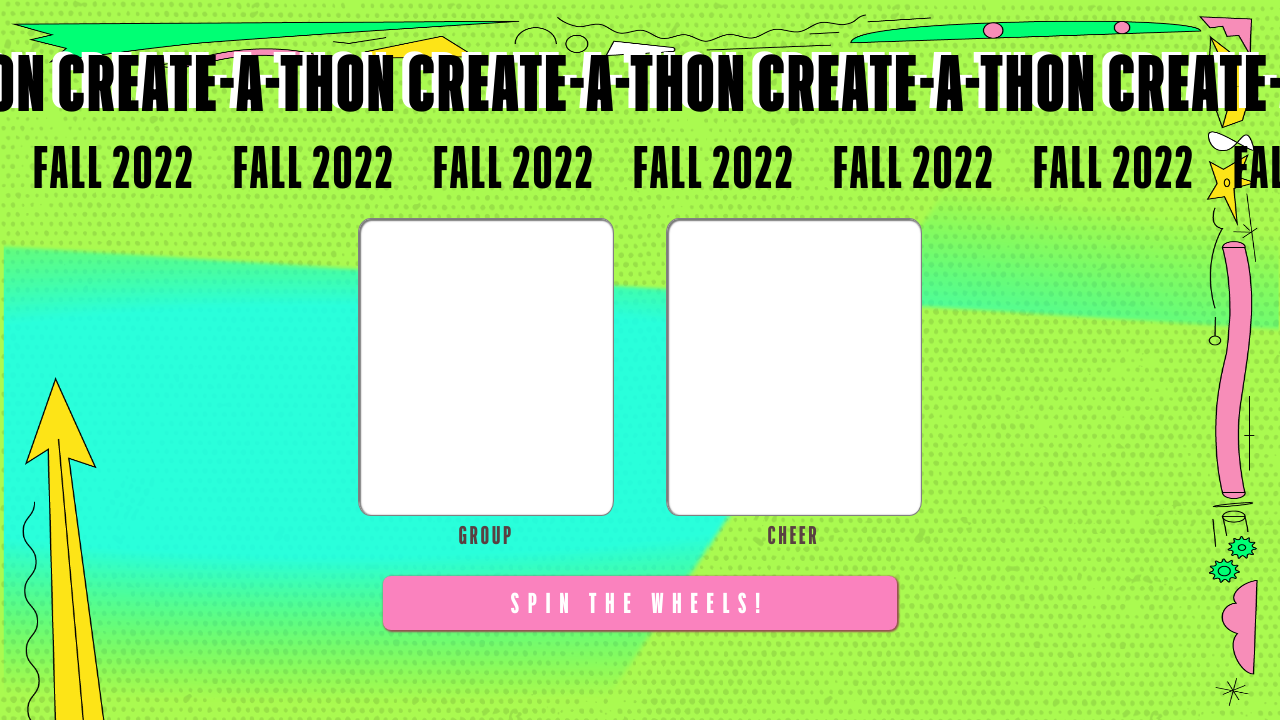
Repository: fakebrianho/IMA-Low-Res-Create-Athon-2022
Page: docs/presentation-order/index.html
The author's editor kept a copy of each file at every save. The page is drawn from the files as they stood at one save, then again after a run of saves.
The browser window is 1280 px wide. The pictures show the whole page.

Above is the page before, as saved 2022-10-28 22:24:12.
Not found: docs/presentation-order/libraries/p5.dom.js
Not found: docs/presentation-order/libraries/p5.js
Not found: docs/presentation-order/libraries/p5.sound.js

### docs/presentation-order/index.html
<!DOCTYPE html>
<html>

<head>
  <script src="libraries/p5.js"></script>
  <script src="libraries/p5.dom.js"></script>
  <script src="libraries/p5.sound.js"></script>
  <link
    href="https://fonts.googleapis.com/css2?family=Open+Sans:ital,wght@0,300;0,400;0,600;0,700;0,800;1,300;1,400;1,600;1,700;1,800&display=swap"
    rel="stylesheet">
  <link rel="stylesheet" type="text/css" href="style.css">
  <meta charset="utf-8">
  <title>Create-Athon Presentation Order</title>
</head>

<body>
  <header>

  </header>

  <section>

    <div id="wheel-container">
      <div class="fakeHeader">
        <h1 style="opacity: 0"><span>Create-a-Thon</span></h1>
        <h2 style="opacity: 0"><span>Fall 2022</span></h2>
      </div>
      <div class="prompt" id="input-prompt">
        <div class="changing-segment">
          <div id="inputs">
          </div>
        </div>
        <div class="prompt-label" id="input-label">Group</div>
      </div>

      <div class="prompt" id="output-prompt">
        <div class="changing-segment">
          <div id="outputs">
          </div>
        </div>
        <div class="prompt-label" id="output-label">Cheer</div>
      </div>

    </div>

    <div id="button-container">
      <button> Spin the wheels! </button>
    </div>

  </section>

  <footer>

  </footer>
  <script src='gsap.min.js'></script>
  <script src='index.js'></script>
  <script src="sketch.js"></script>
  <script src="wheel.js"></script>

</body>

</html>

### docs/presentation-order/style.css
@font-face {
	src: url('font/BildVariableV3-VF.woff2') format('woff2-variations'),
		url('font/BildVariableV3-VF.woff') format('woff');
	font-family: 'Bild Variable V3 Web';
	font-weight: 700 900;
	font-style: normal;
}

html,
body {
	margin: 0;
	padding: 0;
	width: 100%;
	height: 100%;
	box-sizing: border-box;
	font-family: 'Open Sans', sans-serif;
	font-family: 'Bild Variable V3 Web';
	font-weight: 700;
	hyphens: true;
	font-synthesis: none;
	margin: 0;
	text-transform: uppercase;
	font-variation-settings: 'wdth' 100;
	letter-spacing: 3px;
}

section {
	width: 100%;
	height: 100%;
	position: absolute;
	background: url(image/bg_border-top.png), url(image/bg_border-bottom.png),
		url(image/bg_gradient.png), url(image/bg_texture.png), #aafa50;
	background-repeat: no-repeat, no-repeat, no-repeat, repeat;
	background-size: auto 70vh, auto 50vh, 100vw 120vh, 800px auto;
	background-position: right top, left 50vh, left 25vh, 0 0;
	/* background-image: url('image/bg.png'); */
	background-size: 100% 100%;
}

h1 {
	font-family: 'Bild Variable V3 Web';
	font-size: 80px;
	font-weight: 900;
	hyphens: true;
	font-synthesis: none;
	text-transform: uppercase;
	text-shadow: -7px -3px #ffffff;
	margin: 0;
	font-variation-settings: 'wdth' 60;
}

h2 {
	font-family: 'Bild Variable V3 Web';
	font-size: 60px;
	font-weight: 700;
	hyphens: true;
	font-synthesis: none;
	margin: 0;
	text-transform: uppercase;
	font-variation-settings: 'wdth' 100;
}

footer {
	position: fixed;
	bottom: 4vh;
	width: 100vw;
	text-align: center;
}

.fakeHeader {
	position: fixed;
	top: 35px;
	left: 0;
	overflow: hidden;
	width: 100%;
	font-size: 16px;
	font-weight: 800;
	z-index: 0;
}

.fakeHeader h1,
.fakeHeader h2 {
	display: flex;
}

h1 span,
h2 span {
	width: 350px;
	display: inline-block;
	flex: 0 0 auto;
	/* opacity: 0; */
}

h2 span {
	width: 200px;
}

p {
	position: relative;
	overflow: hidden;
	overflow-x: auto;
}

#wheel-container {
	display: flex;
	justify-content: center;
	margin-top: 15%;
	overflow: hidden;
}

.prompt {
	display: flex;
	flex-direction: column;
	width: 20%;
	padding: 2%;
	text-align: center;
	overflow: hidden;
}

.changing-segment {
	box-shadow: 1px 1px 1.5px 1px #777 inset;
	border-radius: 5%;
	border-style: groove;
	border-color: gray;
	border-width: 1px;
	position: relative;
	overflow: none;
	background-color: #fff;
	color: black;
	height: 17rem;
	padding: 1rem 0 0.5rem 0;
	font-size: 1.2rem;
	line-height: 1.55rem;
}

#inputs,
#outputs {
	padding: 5%;
}

.prompt-label {
	color: #594042;
	margin-top: 0.3rem;
	font-size: 1.6rem;
}

#button-container {
	margin-top: 0%;
	text-align: center;
}

button {
	background: #fa82be;
	cursor: pointer;
	box-shadow: 1px 1px 2px 1px rgb(148, 79, 79);
	color: white;
	border-width: 0px;
	border-radius: 0.5rem;
	padding: 0.8% 10% 0.8% 10%;
	font-size: 1.8rem;
	font-weight: 200;
	font-family: 'Open Sans', sans-serif;
	font-family: 'Bild Variable V3 Web';
	font-weight: 700;
	hyphens: true;
	font-synthesis: none;
	margin: 0;
	text-transform: uppercase;
	font-variation-settings: 'wdth' 100;
	letter-spacing: 9px;
}

### docs/presentation-order/index.js
const carousels = document.querySelectorAll('.fakeHeader h1, .fakeHeader h2')
const fadeInTimeline = gsap.timeline()
fadeInTimeline
	.set(carousels, { opacity: 0 })
	.to(carousels, { opacity: 1, delay: 1, stagger: 1, duration: 2 })
carousels.forEach((carousel) => {
	const spanTag = carousel.querySelector('span')
	const spanWidth = spanTag.clientWidth
	for (let i = 0; i < 30; i++) {
		carousel.appendChild(spanTag.cloneNode(true))
	}
	const movementTimeline = gsap.timeline({
		repeat: -1,
	})
	movementTimeline
		.set(carousel, { x: 0 })
		.to(carousel, { x: spanWidth * -1, duration: 6, ease: 'linear' })
})

console.log('hello')

### docs/presentation-order/sketch.js
let spinButton
let data
let inputWheel, outputWheel
let clickSound, endSound, gameShow
let isSpinning = false
let resourcesAvailable = false

function preload() {
	data = loadJSON('data/generator.json')
	//sounds are public domain
	clickSound = loadSound('sound/faded_sine.mp3')
	endSound = loadSound('sound/Electronic_Chime-KevanGC-495939803.mp3')
	// maybe not this sound?
	gameShow = loadSound('sound/gameshow_short.mp3')
}

function windowResized() {
	resizeCanvas(windowWidth, windowHeight)
}

function setup() {
	frameRate(60)

	clickSound.setVolume(0.4)
	gameShow.setVolume(0.5)

	inputWheel = new Wheel('#inputs', data.input)
	outputWheel = new Wheel('#outputs', data.output)

	spinButton = select('button')
	spinButton.mouseClicked(startSpin)
}

function draw() {
	// workaround, see line 69
	if (inputWheel.spin) {
		inputWheel.move()
	}
	if (outputWheel.spin) {
		outputWheel.move()
	}

	if (isSpinning) {
		if (inputWheel.difference == 0 && outputWheel.difference == 0) {
			endSound.play()
			setTimeout(() => {
				gameShow.play()
			}, 100)
			isSpinning = false
		}
	}
}

function startSpin(
	clickEvent,
	targetInput = floor(random(data.input.length)),
	targetOutput = floor(random(data.output.length))
) {
	isSpinning = true

	// inputWheel.target = targetInput // not the target that displays!!
	// inputWheel.spin = true
	inputWheel.update(targetInput)
	// inputWheel.resetAriaHidden();

	outputWheel.target = targetOutput
	outputWheel.spin = true
	outputWheel.resetAriaHidden()

	// console.log(
	//   'make a something where the input is ' +
	//     data.input[targetInput] +
	//     ' and an output is ' +
	//     data.output[targetOutput]
	// );

	// remove data from array here
	console.log(targetInput)
	// console.log(data.input[targetInput])
	data.input.splice(targetInput, 1)
	console.log(data.input)
}

### docs/presentation-order/wheel.js
class Wheel {
	constructor(parentID, data, count = 5, startIndex = 0) {
		this.count = count
		this.data = data
		this.numOfCycles = Math.floor(random(2, 4))
		this.startIndex = startIndex
		this.currentIndex =
			this.startIndex - this.data.length * this.numOfCycles
		this.parentID = parentID
		this.elements = []
		this.position = []
		this.target = startIndex
		this.speed = 5
		this.difference = 0

		for (let i = 0; i < this.count; i++) {
			this.elements[i] = createP(
				this.data[
					(this.startIndex + i - floor(this.count / 2)) %
						this.data.length
				]
			)
			this.elements[i].parent(this.parentID)
			this.elements[i].attribute('aria-hidden', true)
			this.elements[i].style(
				'color',
				rgbToHex(int(random(120)), int(random(120)), int(random(120)))
			)
			this.position[i] = this.elements[i].position()
			if (i == floor(this.count / 2)) {
				this.elements[i].attribute('aria-hidden', false)
			} else {
				this.elements[i].style('visibility', 'hidden')
			}
		}
		// this feels hacky?
		this.startTop = this.position[0].y
		this.currTop = parseInt(this.elements[0].style('top'))
		this.distanceBetweenElements = this.position[1].y - this.position[0].y

		this.spin = false
	}

	resetAriaHidden() {
		for (let i = 0; i < this.count; i++) {
			this.elements[i].attribute('aria-hidden', true)
			this.elements[i].style('visibility', 'visible')
		}
	}

	// continuing the hack workaround
	update(target) {
		console.log(data.input[target])
		let inputWheel = document.getElementById('inputs')
		inputWheel.innerHTML = data.input[target]
		inputWheel.style.position = 'relative'
		inputWheel.style.top = '45%'
		this.spin = false
	}

	move() {
		this.currTop -= this.speed
		// console.log(this.target);
		// console.log(this.currentIndex);
		this.difference = int(this.target) - int(this.currentIndex)
		this.speed =
			(60 *
				abs(
					this.difference % (this.data.length * this.numOfCycles * 2)
				)) /
			(this.data.length * this.numOfCycles * 2)

		// console.log(this.data[this.target],this.target, this.currentIndex, this.difference, (this.data.length*this.numOfCycles), this.speed);

		if (this.currTop < -this.distanceBetweenElements / 2) {
			clickSound.play()
			this.currentIndex++
			this.startIndex =
				this.currentIndex + this.data.length * this.numOfCycles
			this.startIndex %= this.data.length
			this.elements[0].remove()
			this.currTop = 0
			this.elements.splice(0, 1)
			this.elements.push(
				createP(
					this.data[
						(this.data.length +
							this.startIndex +
							floor(this.count / 2)) %
							this.data.length
					]
				)
			)

			this.elements[this.elements.length - 1].parent(this.parentID)
			this.elements[this.elements.length - 1].attribute(
				'aria-hidden',
				true
			)
			this.elements[this.elements.length - 1].style(
				'color',
				rgbToHex(int(random(120)), int(random(120)), int(random(120)))
			)
		}
		for (let i = 0; i < this.elements.length; i++) {
			this.elements[i].style('top', this.currTop + 'px')
		}
		if (this.difference == 0) {
			this.spin = false

			console.log(this.data)

			this.numOfCycles = floor(random(2, 4))
			this.currentIndex =
				this.startIndex - this.data.length * this.numOfCycles
			for (let i = 0; i < this.elements.length; i++) {
				if (i == floor(this.elements.length / 2)) {
					this.elements[i].attribute('aria-hidden', false)
					this.elements[i].addClass('wrap')
				} else {
					this.elements[i].style('visibility', 'hidden')
				}
			}
		}
	}
}

function componentToHex(c) {
	var hex = c.toString(16)
	return hex.length == 1 ? '0' + hex : hex
}

function rgbToHex(r, g, b) {
	return '#' + componentToHex(r) + componentToHex(g) + componentToHex(b)
}

Loaded but not shown: docs/presentation-order/gsap.min.js (library)

After the next 2 saves:
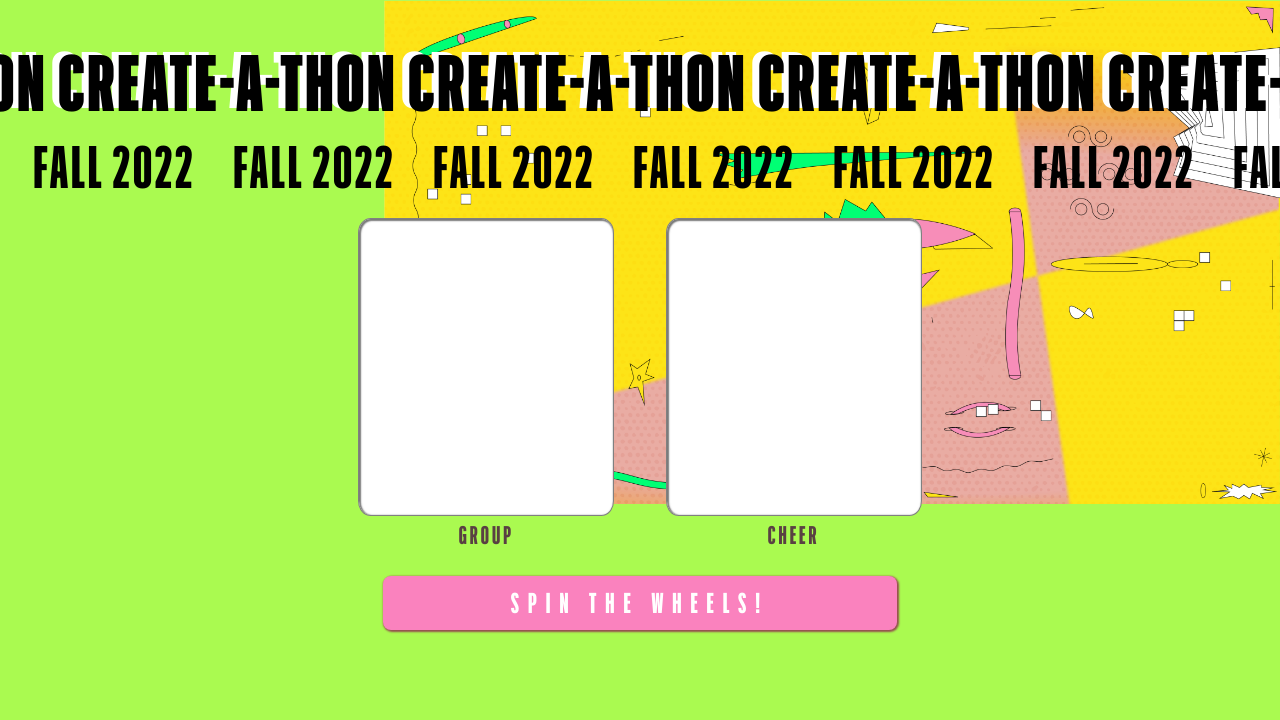
The 2 saves are shown as one change because they came seconds apart.
The last was saved 7 s later.
--- a/docs/presentation-order/style.css
+++ b/docs/presentation-order/style.css
@@ -33,8 +33,8 @@
 	background-repeat: no-repeat, no-repeat, no-repeat, repeat;
 	background-size: auto 70vh, auto 50vh, 100vw 120vh, 800px auto;
 	background-position: right top, left 50vh, left 25vh, 0 0;
-	/* background-image: url('image/bg.png'); */
-	background-size: 100% 100%;
+	background-image: url('image/bg.png');
+	/* background-size: 100% 100%; */
 }
 
 h1 {
